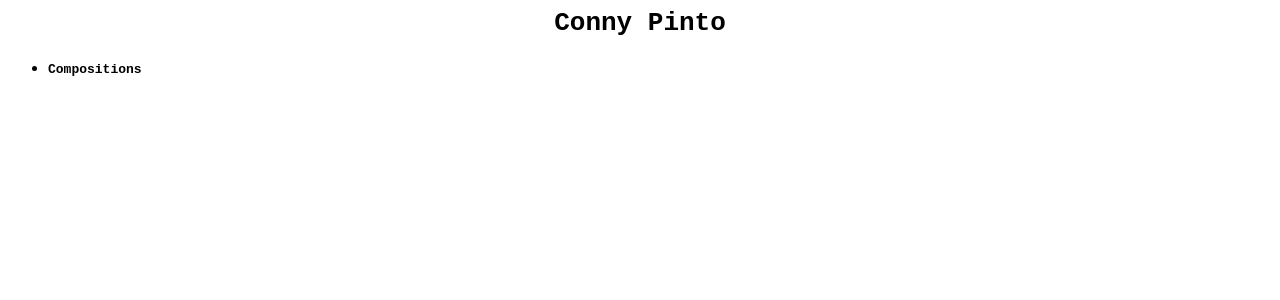
Repository: ConnyPinto/connypinto.github.io
Page: index.html
The author's editor kept a record of every edit. The page is drawn from the files as they stood at one moment, then again after the next edit.
The browser window is 1280 px wide. The pictures show the whole page.

Above is the page before.

### index.html
<html>

<head>
    <title>Conny Pinto</title>
</head>

<body>


        <h1><center><code>Conny Pinto</code></center></h1>


           <ul>
            <p><li><code><strong>Compositions</strong></code></li></p>
            </ul>
</body>

</html>

After the next edit:
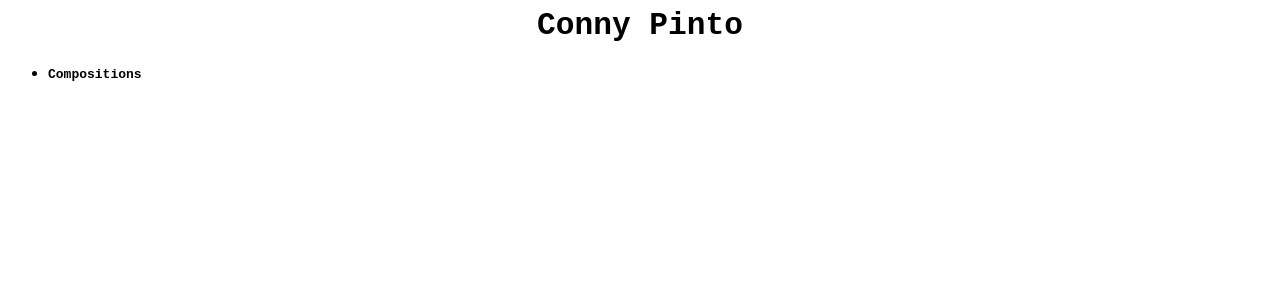
The edit:
--- a/index.html
+++ b/index.html
@@ -7,7 +7,7 @@
 <body>
 
 
-        <h1><center><code>Conny Pinto</code></center></h1>
+        <h1><big><center><code>Conny Pinto</code></center></big></h1>
 
 
            <ul>
